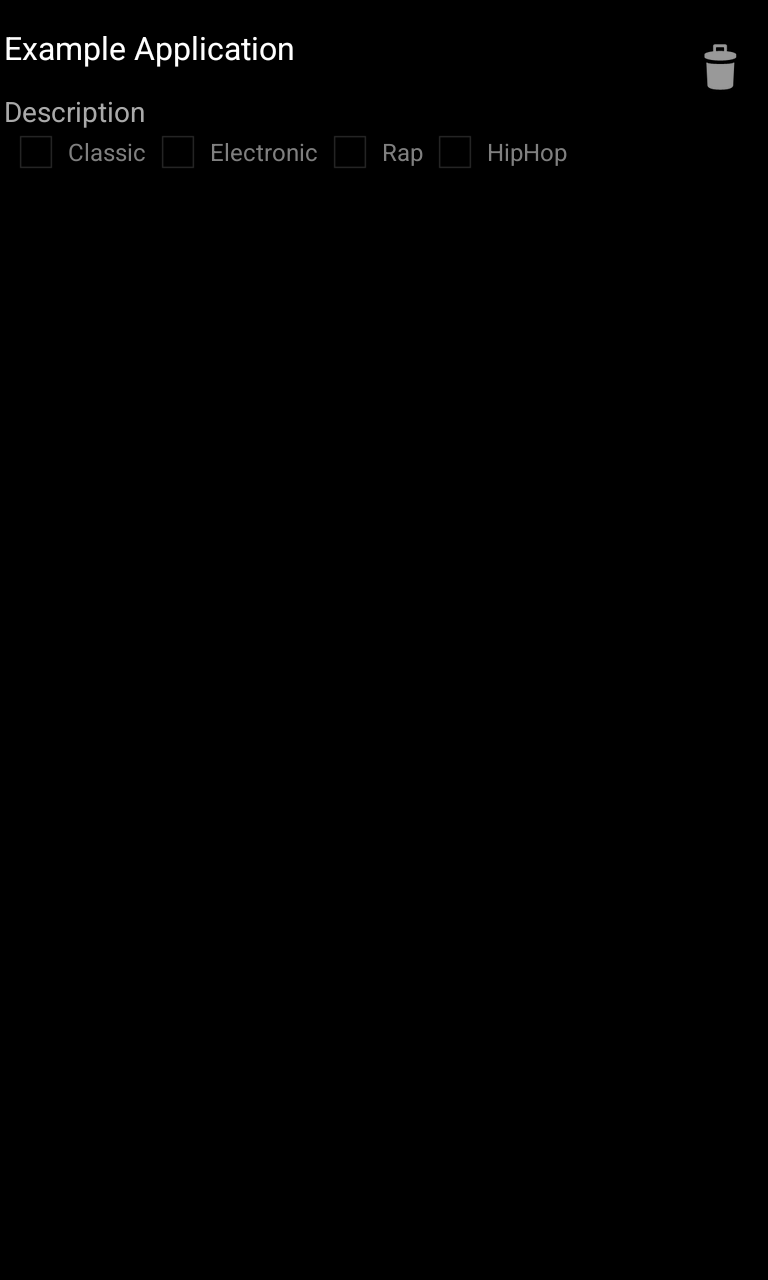
Repository: ohadsch/AwesomePlaylists
Layout: AwesomePlaylists/res/layout/library_row_layout.xml
The author's editor kept a copy of each file at every save. The layout is drawn from the files as they stood at one save, then again after the next save.
It is drawn on a 768 x 1280 px phone screen (xhdpi) without system bars, with theme AppTheme; the app's code is not run.

Above is the layout before, as saved 2014-05-03 15:20:38.

### AwesomePlaylists/res/layout/library_row_layout.xml
<?xml version="1.0" encoding="utf-8"?>
<RelativeLayout xmlns:android="http://schemas.android.com/apk/res/android"
    android:layout_width="fill_parent"
    android:layout_height="fill_parent"
    android:padding="2dip"
    android:background="@android:color/black">

    <RelativeLayout
        android:id="@+id/library_row"
	    android:layout_width="fill_parent"
	    android:layout_height="?android:attr/listPreferredItemHeight"
	    android:background="@android:color/black">

	    <TextView
	        android:id="@+id/library_row_secondLine"
	        android:layout_width="fill_parent"
	        android:layout_height="20dip"
	        android:layout_alignParentBottom="true"
	        android:layout_alignParentLeft="true"
	        android:layout_toLeftOf="@+id/library_row_deleteIcon"
	        android:ellipsize="marquee"
	        android:marqueeRepeatLimit="marquee_forever"
		    android:focusable="true"
		    android:focusableInTouchMode="true"
	        android:singleLine="true"
	        android:text="Description"
	        android:textSize="@dimen/medium_text"
	        android:textColor="@android:color/darker_gray" />

	    <TextView
	        android:id="@+id/library_row_firstLine"
	        android:layout_width="wrap_content"
	        android:layout_height="wrap_content"
	        android:layout_above="@id/library_row_secondLine"
	        android:layout_alignParentLeft="true"
	        android:layout_alignParentTop="true"
	        android:layout_alignWithParentIfMissing="true"
	        android:layout_toLeftOf="@+id/library_row_deleteIcon"
	        android:gravity="center_vertical"
	        android:text="Example Application"
	        android:textSize="@dimen/big_text"
	        android:textColor="@android:color/white"
	        android:scrollHorizontally="true"
	        android:singleLine="true"
	        android:ellipsize="marquee"
	        android:marqueeRepeatLimit="marquee_forever"
		    android:focusable="true"
		    android:focusableInTouchMode="true"  />

	    <ImageView
	        android:id="@+id/library_row_deleteIcon"
	        android:layout_width="wrap_content"
	        android:layout_height="fill_parent"
	        android:layout_alignParentBottom="true"
	        android:layout_alignParentTop="true"
	        android:layout_alignParentRight="true"
	        android:layout_marginRight="6dip"
	        android:contentDescription="TODO"
	        android:src="@android:drawable/ic_menu_delete"
	        android:background="@android:color/black" />
    </RelativeLayout>

    <LinearLayout
        android:id="@+id/library_genres_info"
        android:layout_width="wrap_content"
        android:layout_height="wrap_content"
        android:orientation="horizontal"
        android:layout_below="@id/library_row">

        <CheckBox
            android:id="@+id/library_check_classic"
            android:text="Classic"
		    android:layout_height="20dp"
			android:layout_width="wrap_content"
			android:textColor="@android:color/tertiary_text_light"
			android:textSize="@dimen/small_text" />

        <CheckBox
            android:id="@+id/library_check_electronic"
            android:text="Electronic"
		    android:layout_height="20dp"
			android:layout_width="wrap_content"
			android:textColor="@android:color/tertiary_text_light"
			android:textSize="@dimen/small_text" />

        <CheckBox
            android:id="@+id/library_check_rap"
            android:text="Rap"
		    android:layout_height="20dp"
			android:layout_width="wrap_content"
			android:textColor="@android:color/tertiary_text_light"
			android:textSize="@dimen/small_text" />

        <CheckBox
            android:id="@+id/library_check_hiphop"
            android:text="HipHop"
		    android:layout_height="20dp"
			android:layout_width="wrap_content"
			android:textColor="@android:color/tertiary_text_light"
			android:textSize="@dimen/small_text" />

    </LinearLayout>

</RelativeLayout>

Loaded but not shown: AwesomePlaylists/res/values/styles.xml (common file); AwesomePlaylists/res/values-v11/styles.xml (common file); AwesomePlaylists/res/values-v14/styles.xml (common file); AwesomePlaylists/res/values/dimens.xml (common file)

After the next save:
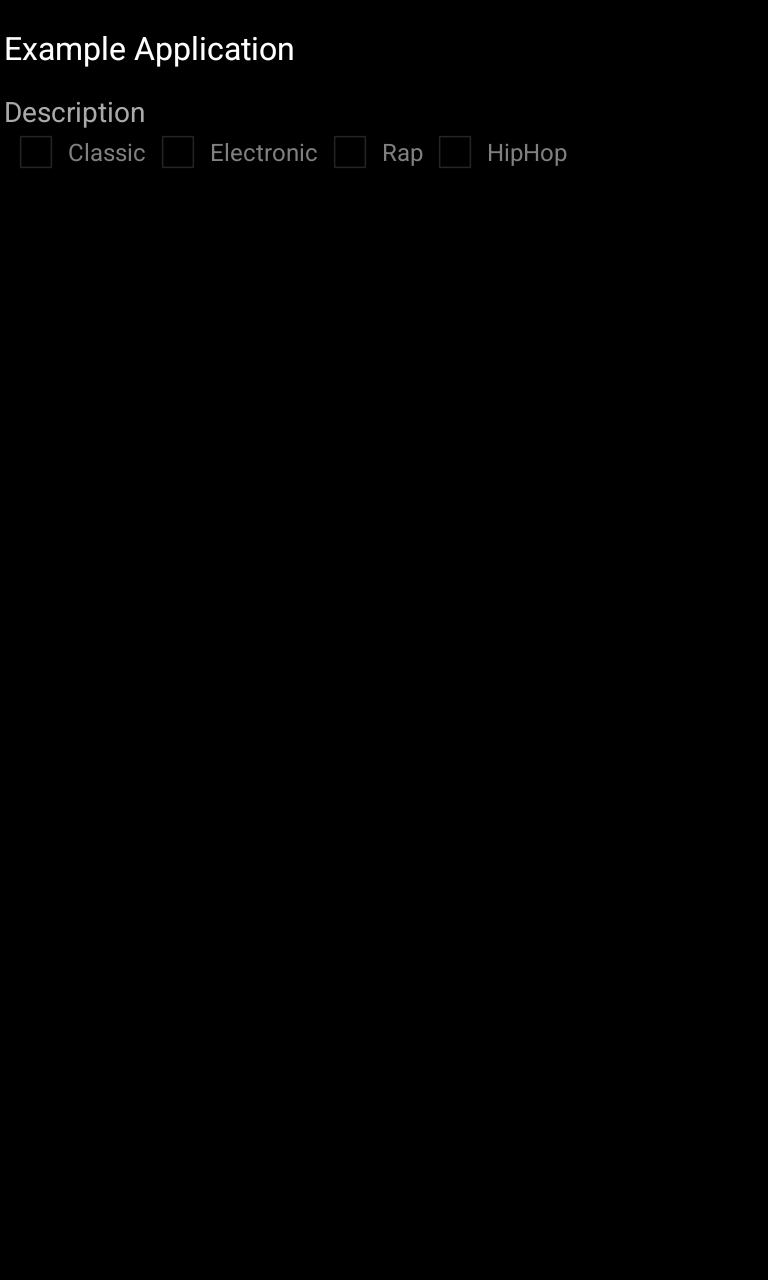
Saved 4 min 23 s later.
--- a/AwesomePlaylists/res/layout/library_row_layout.xml
+++ b/AwesomePlaylists/res/layout/library_row_layout.xml
@@ -47,7 +47,7 @@
 		    android:focusable="true"
 		    android:focusableInTouchMode="true"  />
 
-	    <ImageView
+	    <!-- <ImageView
 	        android:id="@+id/library_row_deleteIcon"
 	        android:layout_width="wrap_content"
 	        android:layout_height="fill_parent"
@@ -57,7 +57,7 @@
 	        android:layout_marginRight="6dip"
 	        android:contentDescription="TODO"
 	        android:src="@android:drawable/ic_menu_delete"
-	        android:background="@android:color/black" />
+	        android:background="@android:color/black" />-->
     </RelativeLayout>
 
     <LinearLayout
